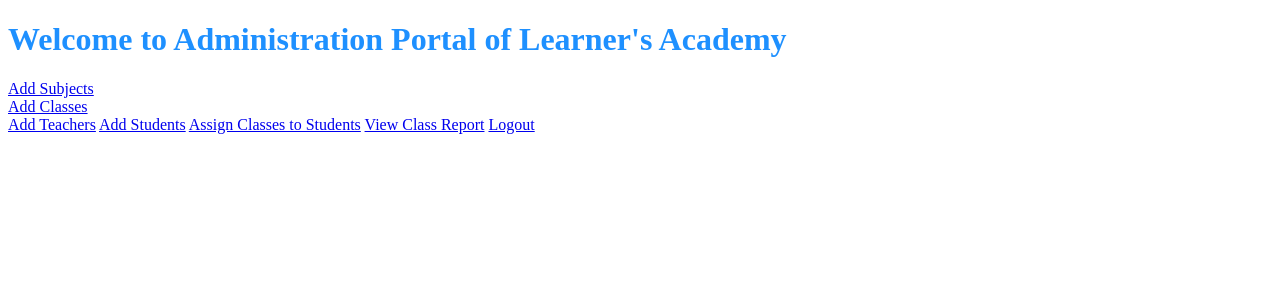
Repository: govardhan71/Learners-Academy-Project-Phase-2
Page: http://localhost/LearnersAcademyPhase-2/learnersacademy.jsp
The author's editor kept a copy of each file at every save. The page is drawn from the files as they stood at one save, then again after the next save.
The browser window is 1280 px wide. The pictures show the whole page.
The page is served by Tomcat 9. Other server files are loaded and not shown.

Above is the page before, as saved 2021-06-02 11:35:16.

### LearnersAcademyPhase-2/WebContent/learnersacademy.jsp
<%@ page language="java" contentType="text/html; charset=ISO-8859-1"
    pageEncoding="ISO-8859-1"%>
<!DOCTYPE html>
<html>
<head>
<meta charset="ISO-8859-1">
<title>Insert title here</title>
</head>
<body>

<h1 style="color:DodgerBlue;"> Welcome to Administration Portal of Learner's Academy</h1>

 <a href=addsubject.jsp>Add Subjects</a><br>

 <a href=addclasses.jsp>Add Classes</a><br>

 <a href=addteachers.jsp>Add Teachers</a>

 <a href=addstudents.jsp>Add Students</a>

<a href=submitclassreport.jsp>Assign Classes to Students</a>

  <a href=viewreport.jsp>View Class Report</a>

  <a href=logout.jsp>Logout</a>


</body>
</html>

After the next save:
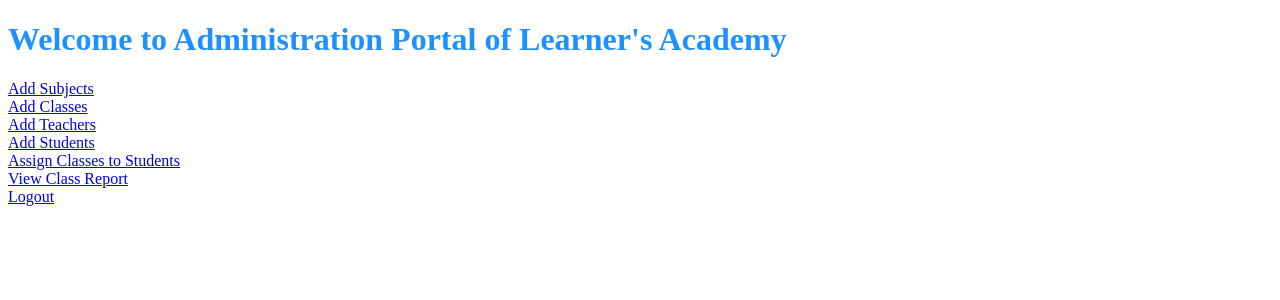
Saved 40 s later.
--- a/LearnersAcademyPhase-2/WebContent/learnersacademy.jsp
+++ b/LearnersAcademyPhase-2/WebContent/learnersacademy.jsp
@@ -14,15 +14,15 @@
 
  <a href=addclasses.jsp>Add Classes</a><br>
 
- <a href=addteachers.jsp>Add Teachers</a>
+ <a href=addteachers.jsp>Add Teachers</a><br>
 
- <a href=addstudents.jsp>Add Students</a>
+ <a href=addstudents.jsp>Add Students</a><br>
 
-<a href=submitclassreport.jsp>Assign Classes to Students</a>
+<a href=submitclassreport.jsp>Assign Classes to Students</a><br>
 
-  <a href=viewreport.jsp>View Class Report</a>
+  <a href=viewreport.jsp>View Class Report</a><br>
 
-  <a href=logout.jsp>Logout</a>
+  <a href=logout.jsp>Logout</a><br>
 
 
 </body>
